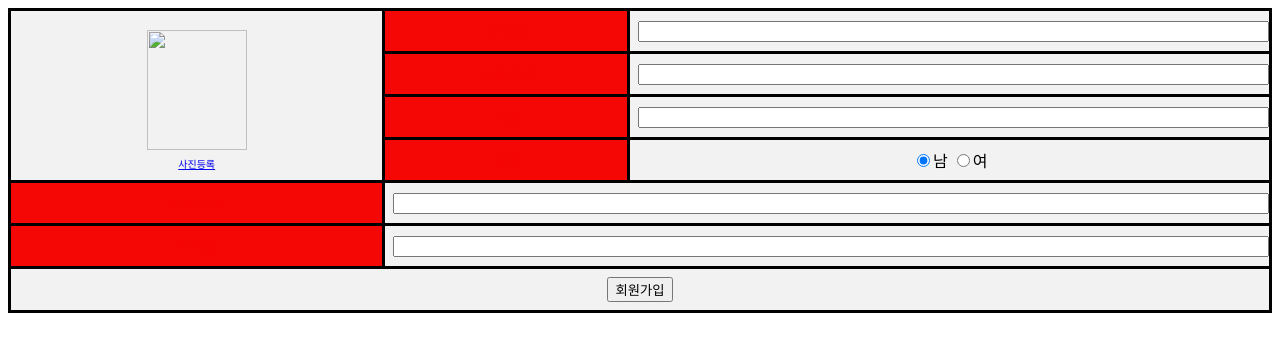
Repository: LucestDail/jdbcWorkspace
Page: http://localhost/jdbcProject/model1/member/joinForm.jsp
The author's editor kept a copy of each file at every save. The page is drawn from the files as they stood at one save, then again after the next save.
The browser window is 1280 px wide. The pictures show the whole page.
The page is served by Tomcat 9.

Above is the page before, as saved 2020-11-18 04:37:44.
Console error: SyntaxError: Unexpected string

After the next save:
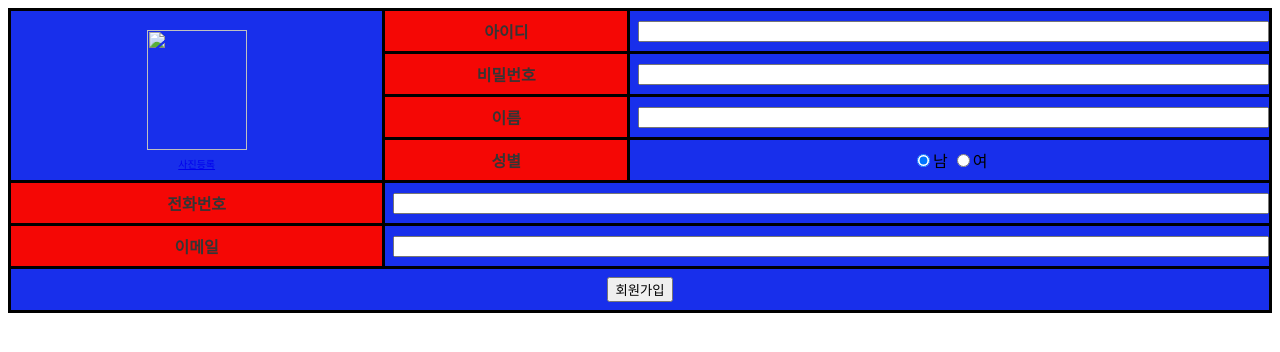
Saved 75 s later.
--- a/jdbcProject/WebContent/css/main.css
+++ b/jdbcProject/WebContent/css/main.css
@@ -11,10 +11,10 @@ th,td{
 }
 th{
 	background-color: #F50705;
-	color: #F50705;
+	color: #353535;
 }
 td{
-	background-color:#f2f2f2;
+	background-color: #182FEB;
 }
 caption{
 	color:#111111;
